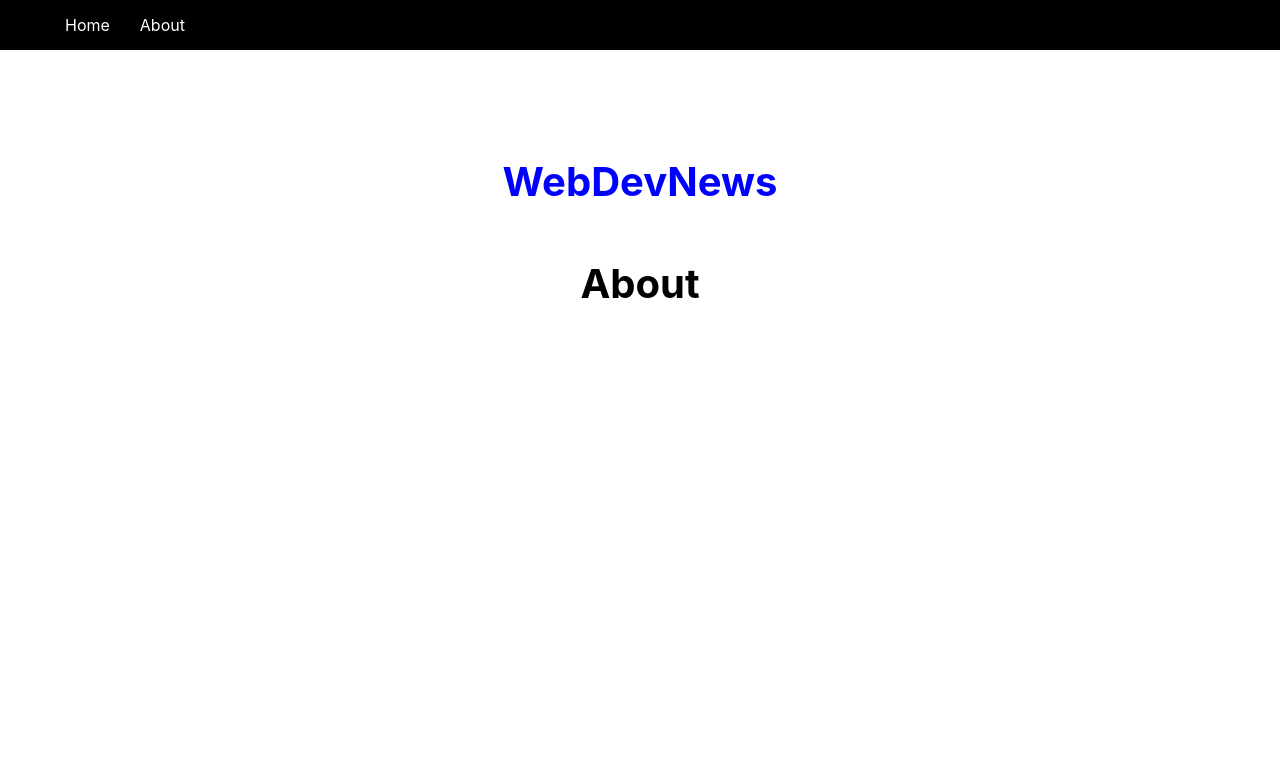
Repository: jasmina94/first-next-app
Page: /about
These files come from the project's save history. The page is drawn as it stood at one moment and after the next save; the edit follows.
The browser window is 1280 px wide. The pictures show the whole page.
The project was rebuilt for these pictures with package versions that can differ from the ones it lists, and the page was loaded fresh each time. Some packages were replaced by stand-ins written for this rebuild. The framework's server and built-in components were replaced by stand-ins that run in the browser. Also part of the build but not shown: next.config.js, styles/Header.module.css.

Above is the page before, as saved 2021-07-23 16:39:55.

After the next save:
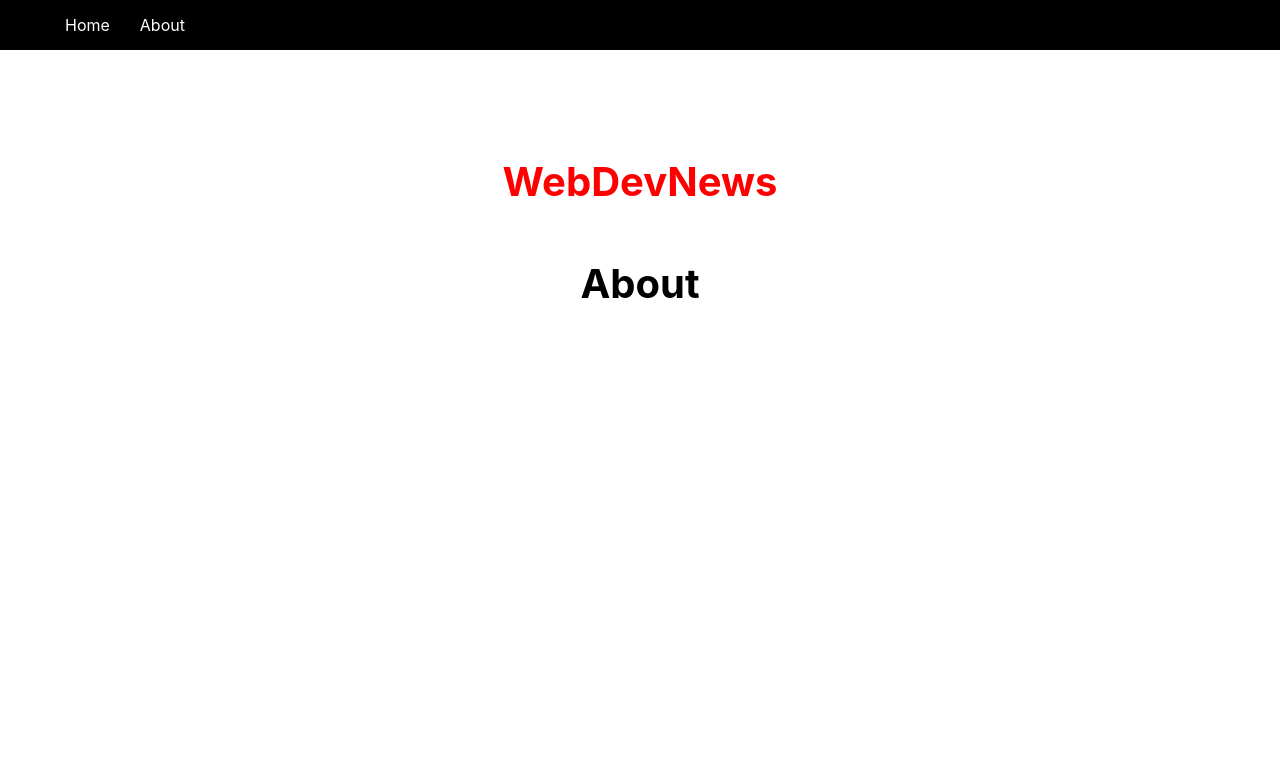
Saved 7 s later.
--- a/components/Header.js
+++ b/components/Header.js
@@ -1,7 +1,7 @@
 import headerStyles from '../styles/Header.module.css';
 
 const Header = () => {
-    const x = 2
+    const x = 10
     return (
         <div>
             <h1 className='title'>
